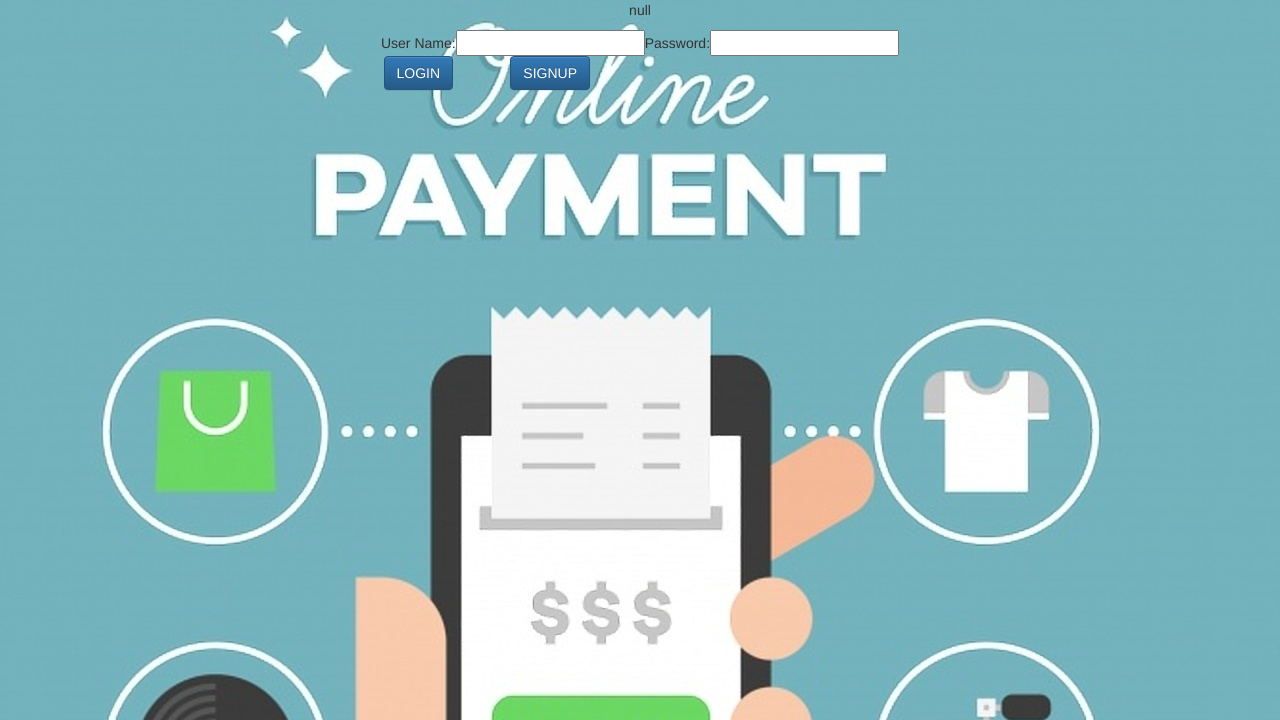
Repository: shaharyar-shamshi/crossplatform
Page: http://localhost/transaction/loginfailed.jsp
The author's editor kept a copy of each file at every save. The page is drawn from the files as they stood at one save, then again after the next save.
The browser window is 1280 px wide. The pictures show the whole page.
The page is served by Tomcat 9.

Above is the page before, as saved 2018-02-03 12:24:29.
Console error (its wording comes from the project's code and is left out).

After the next save:
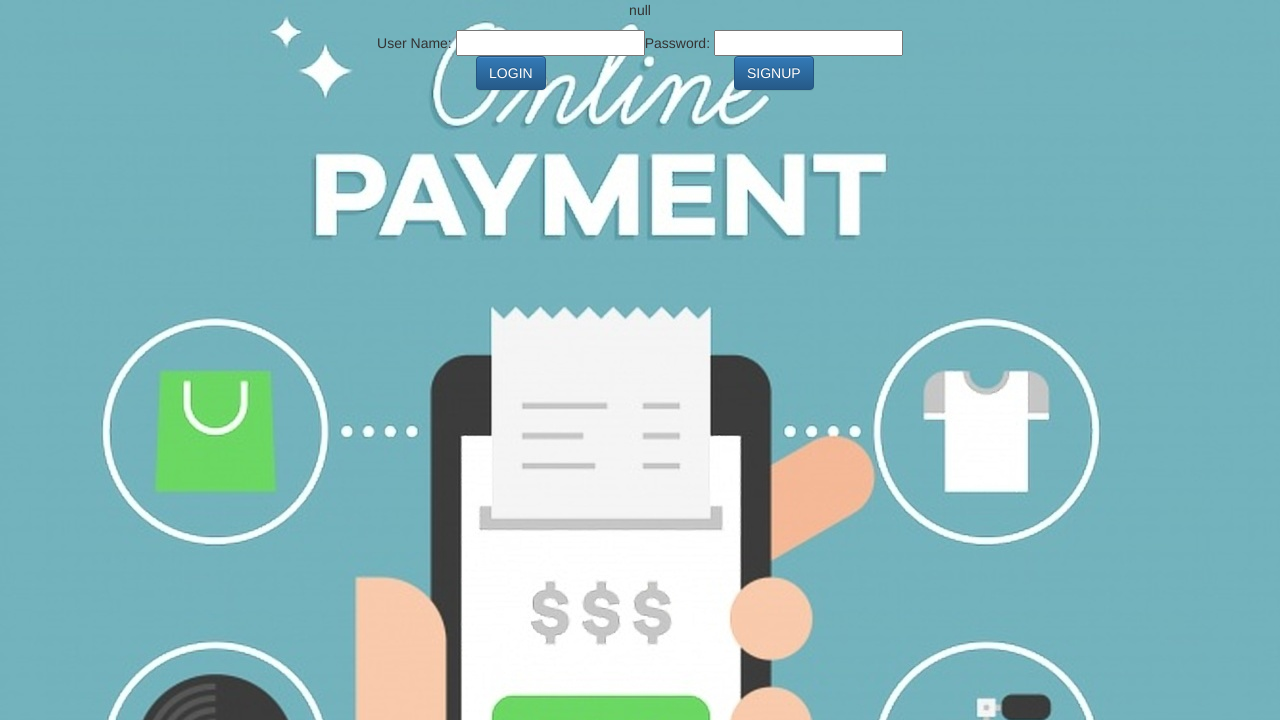
Saved 83 s later.
--- a/transaction/WebContent/loginfailed.jsp
+++ b/transaction/WebContent/loginfailed.jsp
@@ -29,14 +29,14 @@
 <tr>
 <td>
 User Name:
-</td>
-<td>
+
+
 <input type="text" name="userid" length=25/>
 </td>
 
 
-<td> Password:</td>
-<td><input type="password" name="password" length=25 /></td>
+<td> Password:
+<input type="password" name="password" length=25 /></td>
 </tr>
 
 
